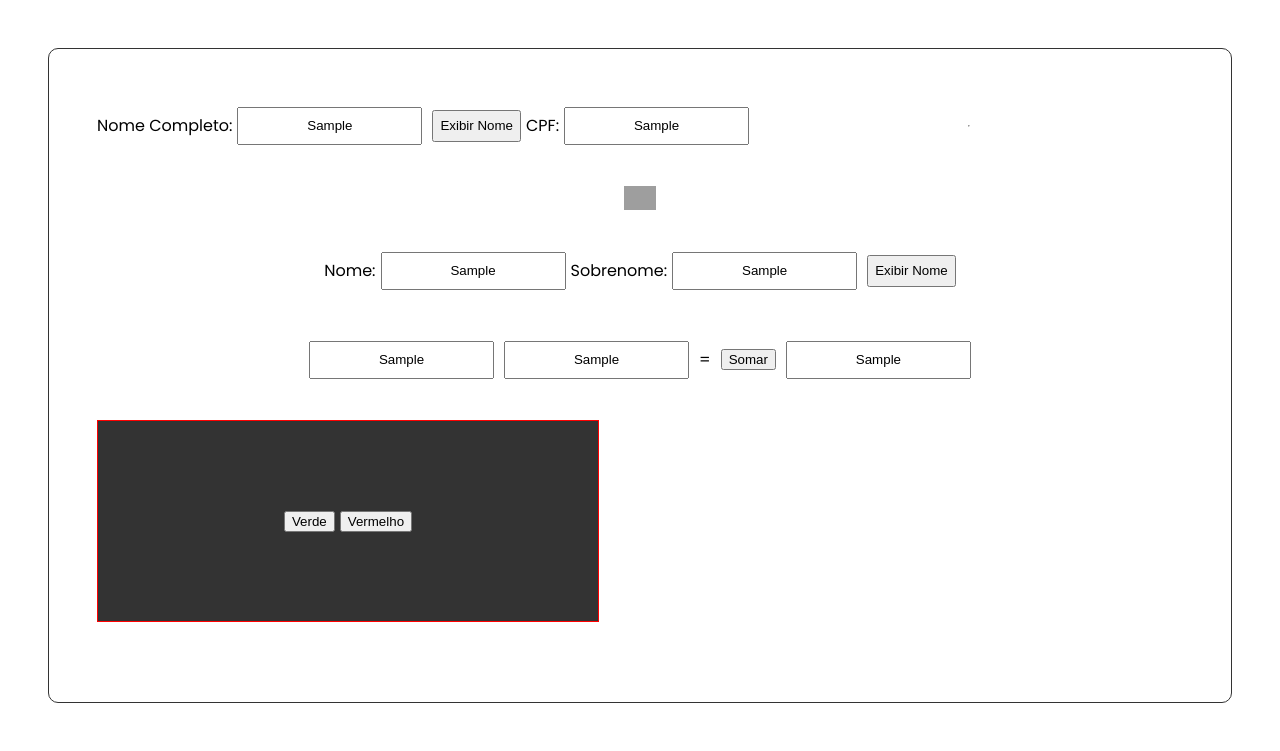
Repository: guilhermecardoso93/exerciciosjs
Page: index.html
The author's editor kept a copy of each file at every save. The page is drawn from the files as they stood at one save, then again after the next save.
The browser window is 1280 px wide. The pictures show the whole page.
Empty fields were first filled with sample values (such as "Sample", 5 or name@example.com).
After loading, the first visible `#greenButton` was clicked once.
Pictures or frames that could not be fetched are drawn as grey boxes.

Above is the page before, as saved 2023-05-20 13:35:45.

After the next save:
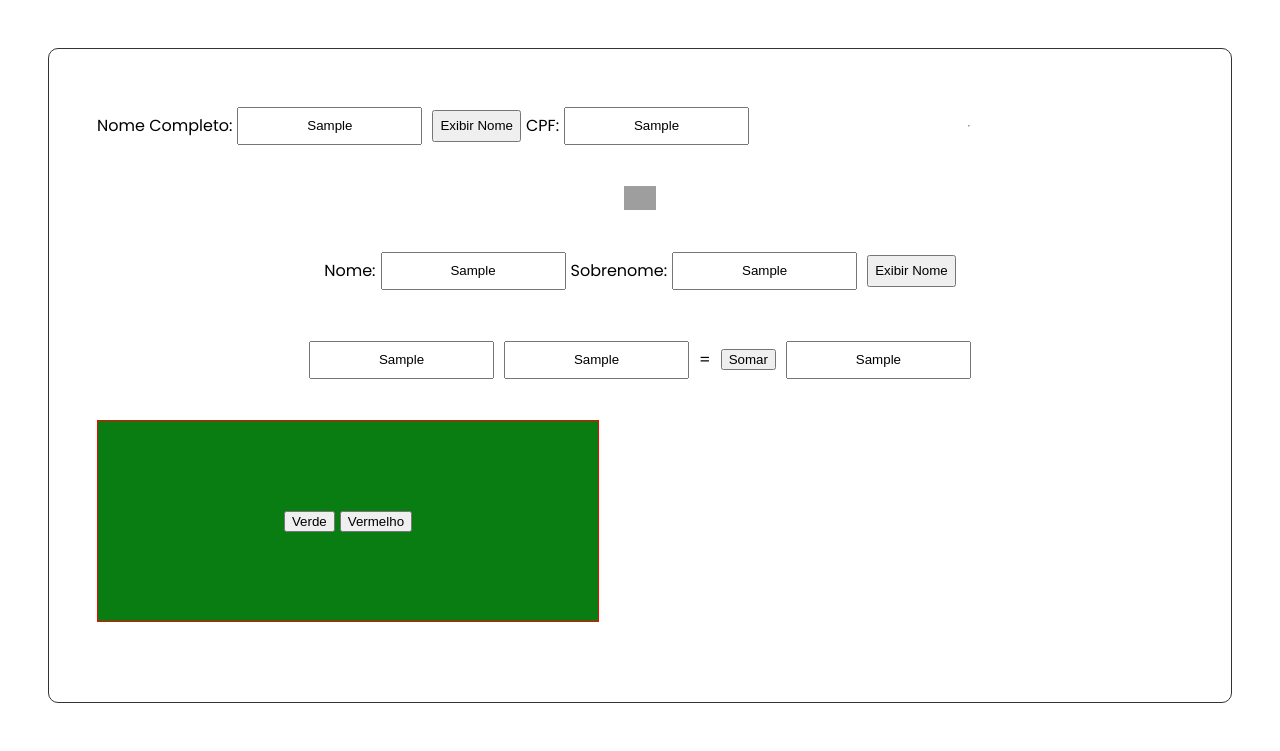
Saved 43 s later.
--- a/script.js
+++ b/script.js
@@ -66,12 +66,12 @@ function somaTotal() {
 
 function changeBackGreen(){
   let container = document.getElementById('container');
-  container.style.backgroundColor = '#333'
+  container.style.backgroundColor = '#0a7d12'
 }
 
 function changeBackRed(){
   let container = document.getElementById('container');
-  container.style.backgroundColor = '#333'
+  container.style.backgroundColor = '#ee0f0f'
 }
 
 const greenButton = document.getElementById('greenButton').addEventListener('click', () => {
